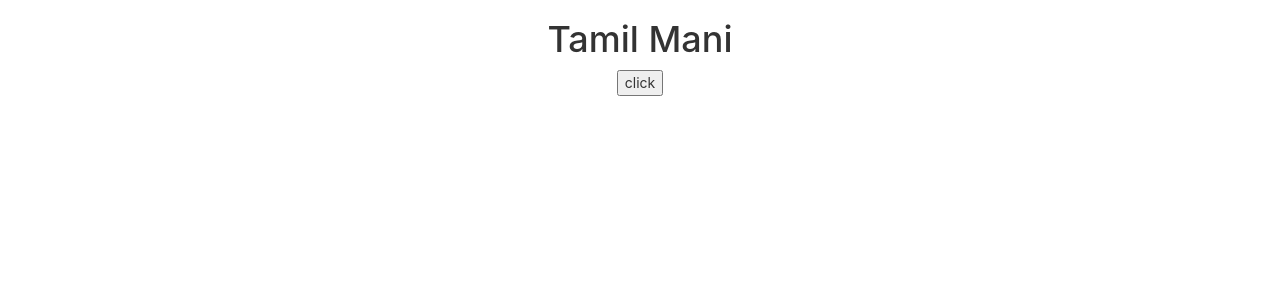
Repository: Green-Technologies-Angular/React-js
Page: /
These files come from the project's save history. The page is drawn as it stood at one moment and after the next save; the edit follows.
The browser window is 1280 px wide. The pictures show the whole page.
The project was rebuilt for these pictures with package versions that can differ from the ones it lists, and the page was loaded fresh each time.

Above is the page before, as saved 2019-03-19 09:44:07.

After the next save:
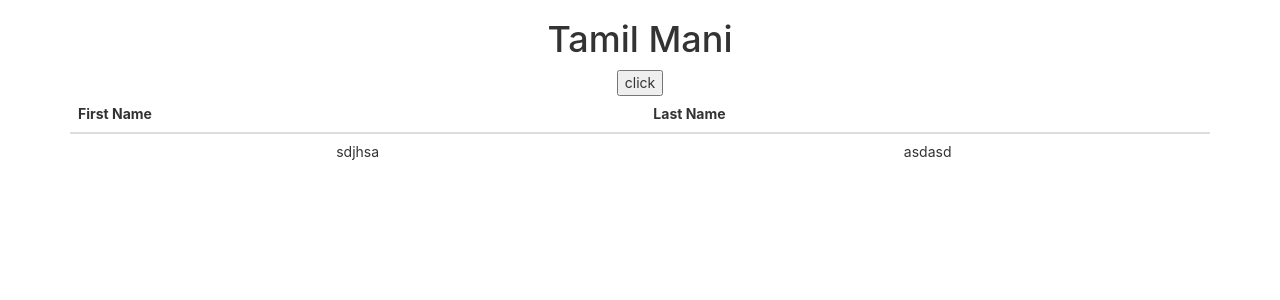
Saved 91 s later.
--- a/src/App.js
+++ b/src/App.js
@@ -21,8 +21,11 @@ class App extends Component {
       <div className="App">
         <h1>{this.state.name}</h1>
         <button name="click" onClick={this.updateName}>click</button>
+        {!this.state.check &&
+          <Header chennai="sdjhsa" csk="asdasd" />
+        }
         {this.state.check &&
-        <Header chennai={this.state.firstName} csk={this.state.lastName}/>
+          <Header chennai={this.state.firstName} csk={this.state.lastName}/>
         }
       </div>
     );
